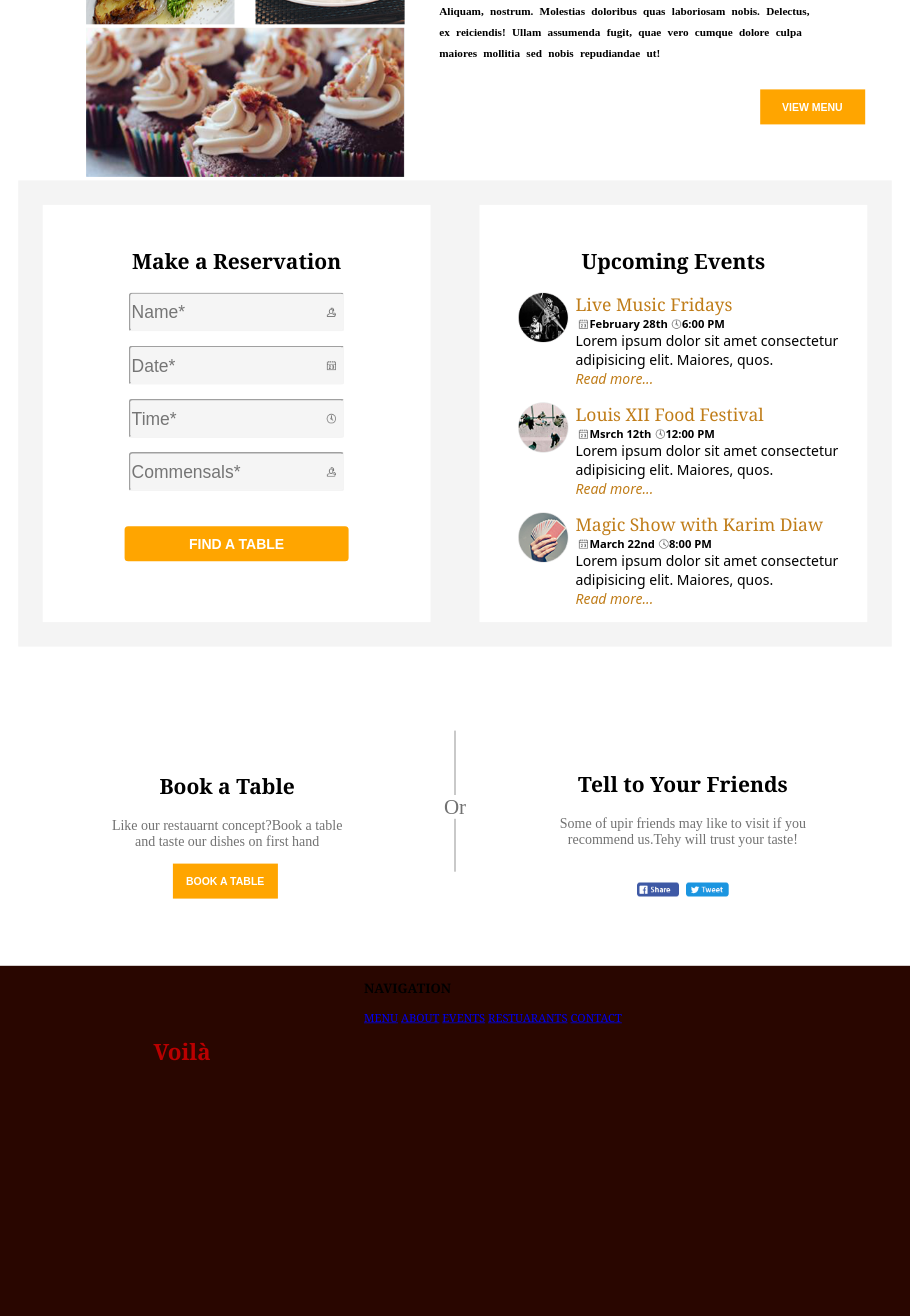
Repository: sis-shen/HTML_vsc
Page: adc_v2/index.html
An editor plug-in stored every save of this project. The page is shown before and after the next save, followed by the edit.
The browser window is 1280 px wide. The page is 1300 px wide, so the pictures cover 1300 px, including what lies to the right of the window. The pictures show the part of the page from y = 1824 to 3704 px (the page is 3704 px tall), at 70% of full size.

Above is the page before, as saved 2023-08-20 14:04:43.

After the next save:
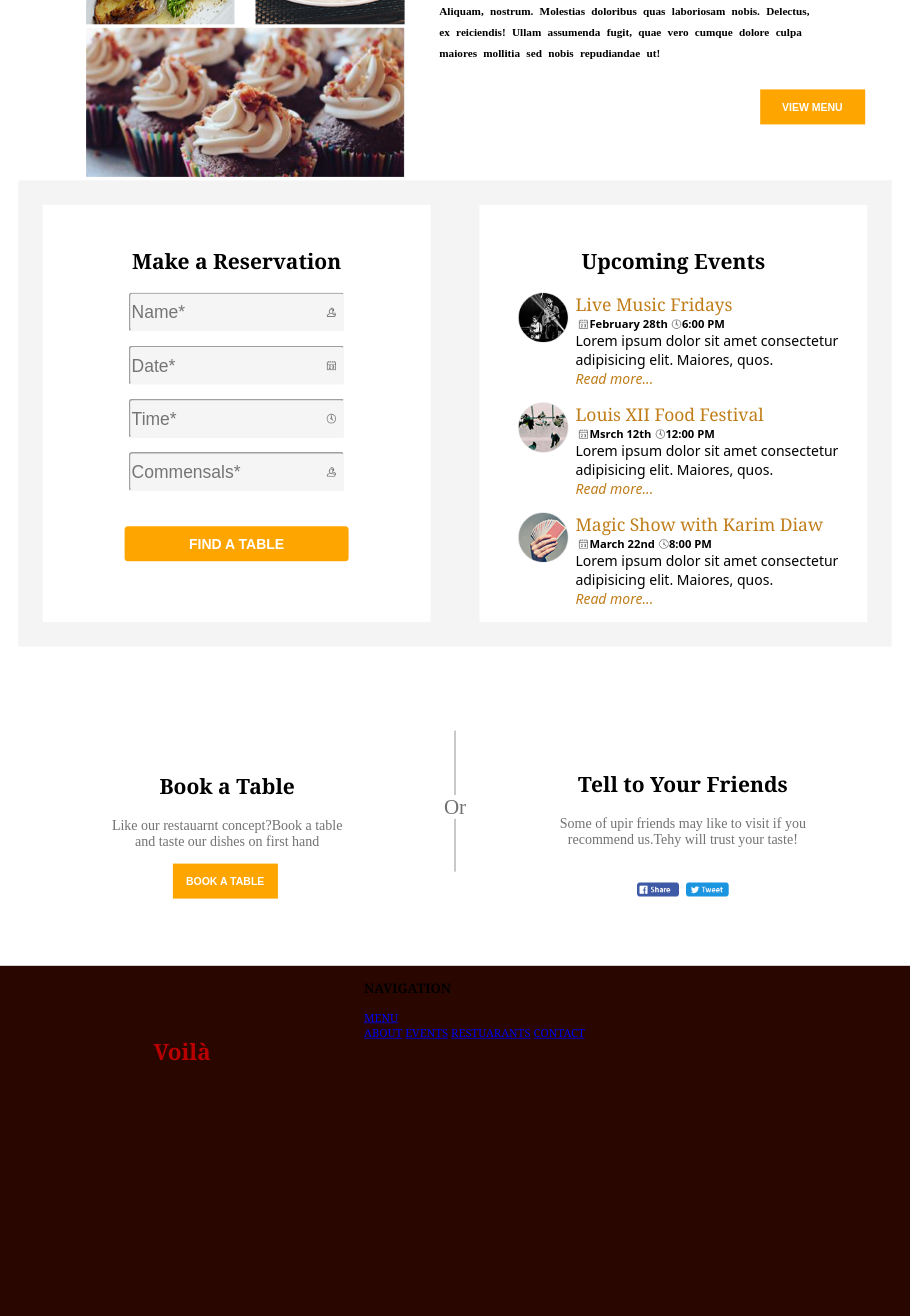
Saved 18 s later.
--- a/adc_v2/index.html
+++ b/adc_v2/index.html
@@ -240,7 +240,7 @@
         </div>
         <div class="bo-mid">
             <h3>NAVIGATION</h3>
-            <a href="menu.html" target="_blank">MENU</a>
+            <a href="menu.html" target="_blank">MENU <br></a>
             <a href="about.html" target="_blank">ABOUT</a>
             <a href="events.html" target="_blank">EVENTS</a>
             <a href="restaurants.html" target="_blank">RESTUARANTS</a>
